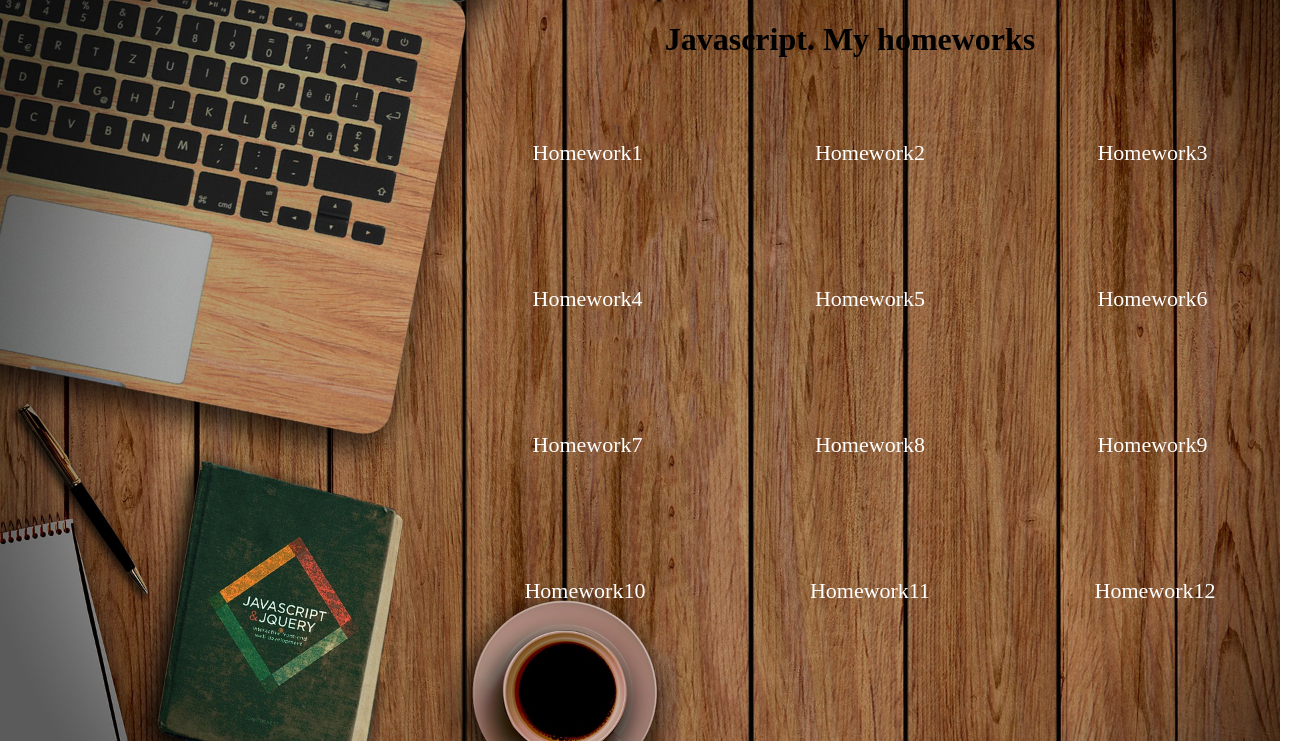
Repository: mariiastetsko/cursor-js-hw
Page: index.html
The author's editor kept a copy of each file at every save. The page is drawn from the files as they stood at one save, then again after the next save.
The browser window is 1280 px wide. The page is 1300 px wide, so the pictures cover 1300 px, including what lies to the right of the window. The pictures show the whole page.

Above is the page before, as saved 2020-07-22 20:07:47.

### index.html
<!DOCTYPE html>
<html lang="en">
  <head>
    <meta charset="UTF-8" />
    <meta name="viewport" content="width=device-width, initial-scale=1.0" />
    <title>Cursor.JS.Homeworks</title>
    <link rel="stylesheet" href="./style.css" />
  </head>
  <body>
    <div class="homeworks">
    <h1>Javascript. My homeworks</h1>
    <ul class="list">
      <li>
        <a href="./HW1/index.html">Homework1</a>
      </li>
      <li><a href="./HW2/index.html">Homework2 </a></li>
      <li><a href="./HW3/index.html">Homework3</a></li>
      <li><a href="./HW4/index.html">Homework4</a></li>
      <li><a href="./HW5/index.html">Homework5</a></li>
      <li><a href="./HW6/index.html">Homework6</a></li>
      <li><a href="./HW7/index.html">Homework7</a></li>
      <li><a href="./HW8/index.html">Homework8</a></li>
      <li><a href="./HW9/index.html">Homework9</a></li>
      <li><a href="./HW10/index.html">Homework10</a></li>
      <li><a href="./HW11/index.html">Homework11</a></li>
      <li><a href="./HW12/index.html">Homework12</a></li>
    </ul>
  </div>
  </body>
</html>

### style.css
* {
    box-sizing: border-box;
}

body {
    margin: 0 auto;
    padding: 0;
    min-width: 900px;
    min-height: 100vh;
    background-image: url('./background.jpg');
    background-repeat: no-repeat;
    background-size: cover;
}


ul {
    list-style: none;
}

.list {
    display: flex;
    justify-content: space-evenly;
    flex-wrap: wrap;
}

li, a {
    text-decoration: none;
    padding: 30px 10px;
    margin: 30px 30px;
    color: #FFF;
    font-size: 22px;
}

.homeworks {
    width: 900px;
    text-align: center;
    margin-left: 400px;
}

After the next save:
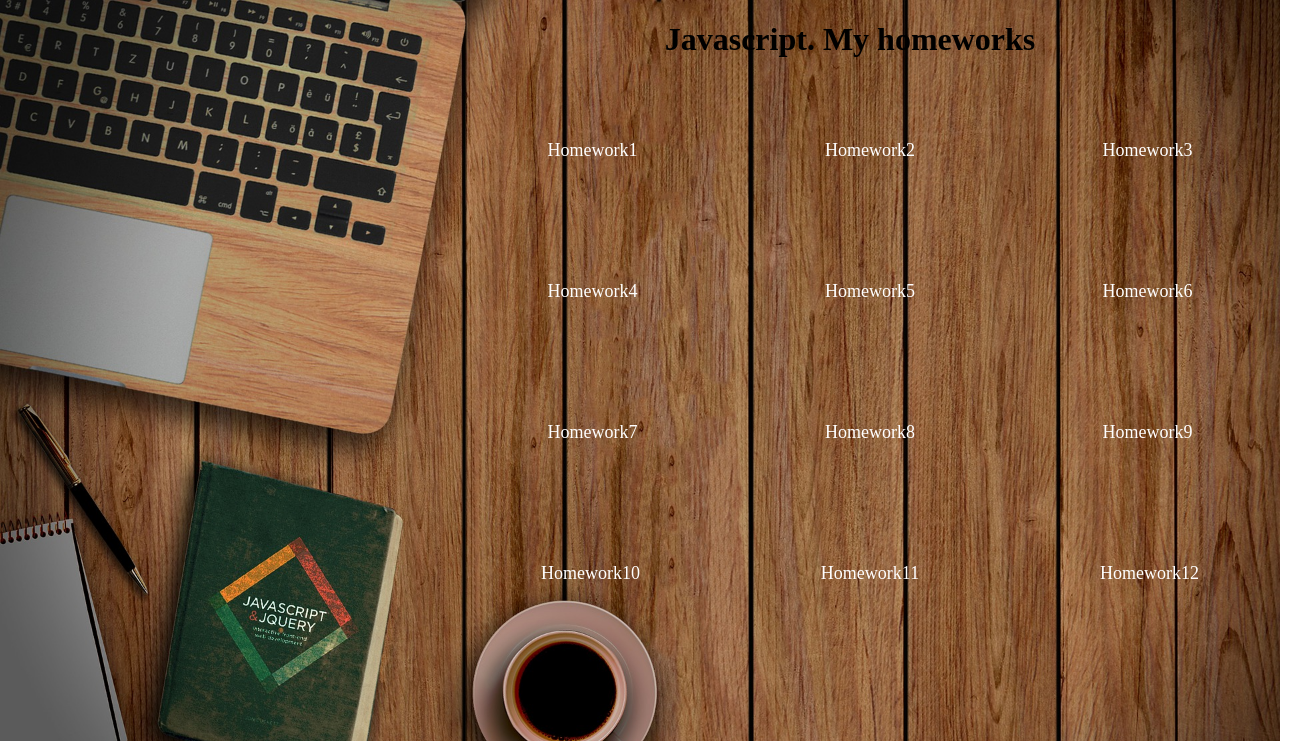
Saved 10 s later.
--- a/style.css
+++ b/style.css
@@ -28,7 +28,7 @@ li, a {
     padding: 30px 10px;
     margin: 30px 30px;
     color: #FFF;
-    font-size: 22px;
+    font-size: 18px;
 }
 
 .homeworks {
